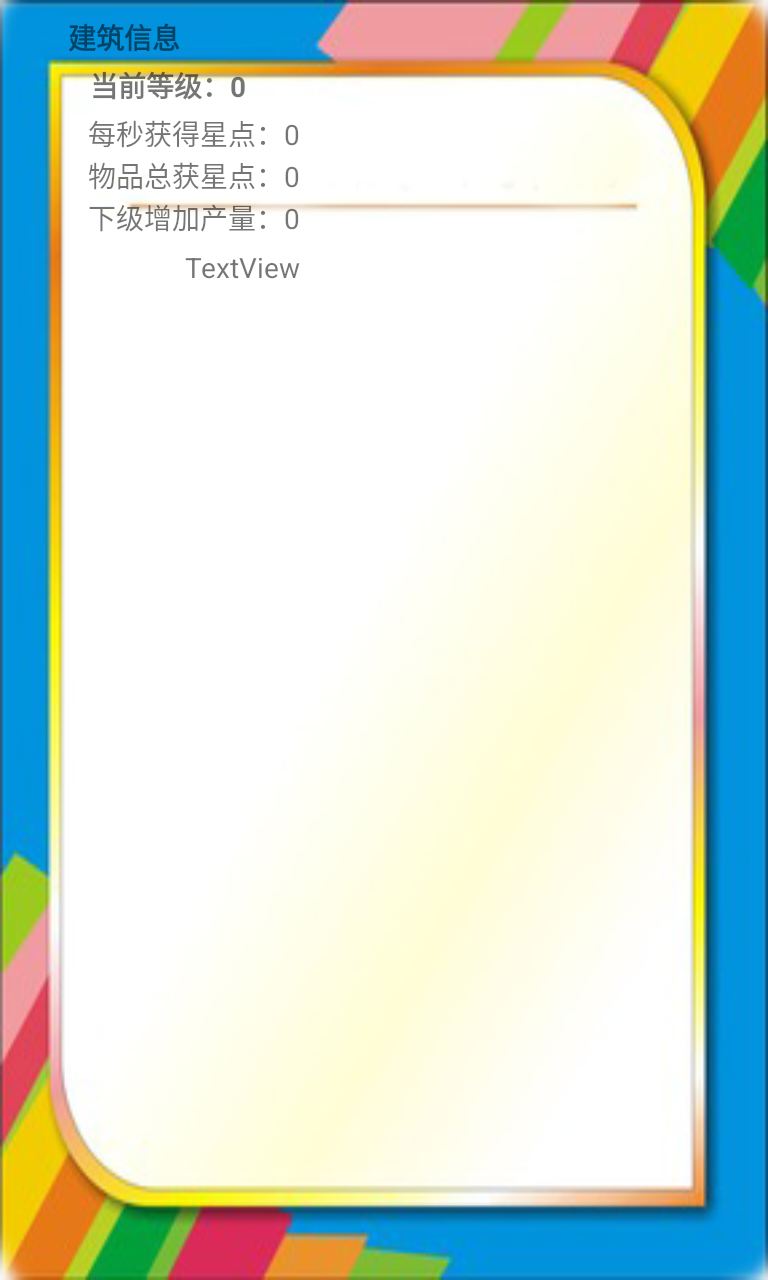
Repository: xianyun2014/StarPoint
Layout: game/res/layout/build_info_view.xml
These files come from the project's save history. The layout is drawn as it stood at one moment and after the next save; the edit follows.
It is drawn on a 768 x 1280 px phone screen (xhdpi) without system bars, with theme AppTheme; the app's code is not run.

Above is the layout before, as saved 2014-11-17 15:24:21.

### game/res/layout/build_info_view.xml
<RelativeLayout xmlns:android="http://schemas.android.com/apk/res/android"
    xmlns:android1="http://schemas.android.com/apk/res/android"
    android1:id="@+id/build_info"
    android1:layout_width="wrap_content"
    android1:layout_height="wrap_content"
    android1:layout_alignParentLeft="true"
    android1:layout_alignParentTop="true"
    android1:layout_alignParentBottom="true"
    android1:layout_alignParentRight="true"
    android1:layout_marginTop="60dp"
    android1:layout_marginRight="10dp"
    android1:layout_marginLeft="10dp"
    android1:layout_marginBottom="150dp">

    <ImageView
        android1:id="@+id/imageView1"
        android1:layout_width="fill_parent"
        android1:layout_height="fill_parent"
        android1:layout_alignParentBottom="true"
        android1:layout_alignParentLeft="true"
        android1:layout_alignParentTop="true"
        android1:scaleType="fitXY"
        android1:src="@drawable/info_build" />

    <TextView
        android1:id="@+id/build_title"
        android1:layout_width="wrap_content"
        android1:layout_height="wrap_content"
        android1:layout_alignParentLeft="true"
        android1:layout_alignParentTop="true"
        android1:layout_marginLeft="34dp"
        android1:layout_marginTop="8dp"
        android1:text="建筑信息"
        android1:textStyle="bold"
        android1:typeface="monospace" />

    <TableLayout
        android1:id="@+id/TableLayout1"
        android1:layout_width="wrap_content"
        android1:layout_height="wrap_content"
        android1:layout_alignLeft="@+id/build_title"
        android1:layout_below="@+id/textcurlevel"
        android1:layout_marginLeft="10dp"
        android1:layout_marginTop="3dp" >

        <TableRow
            android1:id="@+id/tableRow1"
            android1:layout_width="wrap_content"
            android1:layout_height="wrap_content" >

            <TextView
                android1:id="@+id/textView1"
                android1:layout_width="wrap_content"
                android1:layout_height="wrap_content"
                android1:text="每秒获得星点：" />

            <TextView
                android1:id="@+id/txt_yield_sec"
                android1:layout_width="wrap_content"
                android1:layout_height="wrap_content"
                android1:text="0" />

        </TableRow>

        <TableRow
            android1:id="@+id/tableRow2"
            android1:layout_width="wrap_content"
            android1:layout_height="wrap_content" >

            <TextView
                android1:id="@+id/textView3"
                android1:layout_width="wrap_content"
                android1:layout_height="wrap_content"
                android1:text="物品总获星点：" />

            <TextView
                android1:id="@+id/txt_yield_total"
                android1:layout_width="wrap_content"
                android1:layout_height="wrap_content"
                android1:text="0" />

        </TableRow>

        <TableRow
            android1:id="@+id/tableRow3"
            android1:layout_width="wrap_content"
            android1:layout_height="wrap_content" >

            <TextView
                android1:id="@+id/textView5"
                android1:layout_width="wrap_content"
                android1:layout_height="wrap_content"
                android1:text="下级增加产量：" />

            <TextView
                android1:id="@+id/txt_next_add"
                android1:layout_width="wrap_content"
                android1:layout_height="wrap_content"
                android1:text="0" />
        </TableRow>
    </TableLayout>

    <TextView
        android1:id="@+id/textcurlevel"
        android1:layout_width="wrap_content"
        android1:layout_height="wrap_content"
        android1:layout_alignLeft="@+id/TableLayout1"
        android1:layout_below="@+id/build_title"
        android1:layout_marginLeft="1dp"
        android1:layout_marginTop="3dp"
        android1:text="当前等级："
        android1:textStyle="bold" />

    <TextView
        android1:id="@+id/txt_Level"
        android1:layout_width="wrap_content"
        android1:layout_height="wrap_content"
        android1:layout_alignBaseline="@+id/textcurlevel"
        android1:layout_alignBottom="@+id/textcurlevel"
        android1:layout_toRightOf="@+id/textcurlevel"
        android1:text="0"
        android1:textStyle="bold" />

    <TextView
        android1:id="@+id/textView2"
        android1:layout_width="wrap_content"
        android1:layout_height="wrap_content"
        android1:layout_alignRight="@+id/TableLayout1"
        android1:layout_below="@+id/TableLayout1"
        android1:layout_marginTop="5dp"
        android1:text="TextView" />

</RelativeLayout>

Loaded but not shown: game/res/values/styles.xml (common file); game/res/values-v11/styles.xml (common file); game/res/values-v14/styles.xml (common file)

After the next save:
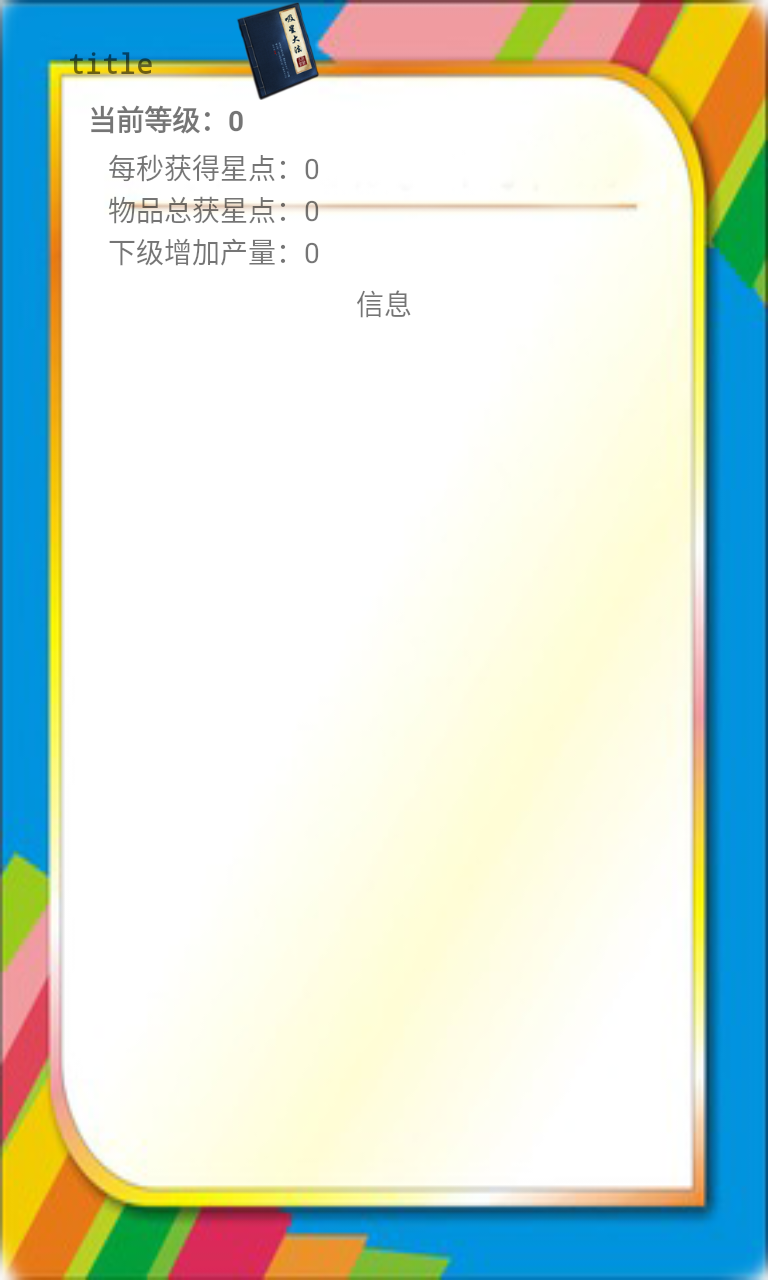
Saved 6 min 22 s later.
--- a/game/res/layout/build_info_view.xml
+++ b/game/res/layout/build_info_view.xml
@@ -28,9 +28,10 @@
         android1:layout_height="wrap_content"
         android1:layout_alignParentLeft="true"
         android1:layout_alignParentTop="true"
+        android1:layout_below="@layout/build_info_view"
         android1:layout_marginLeft="34dp"
-        android1:layout_marginTop="8dp"
-        android1:text="建筑信息"
+        android1:layout_marginTop="22dp"
+        android1:text="title"
         android1:textStyle="bold"
         android1:typeface="monospace" />
 
@@ -40,7 +41,7 @@
         android1:layout_height="wrap_content"
         android1:layout_alignLeft="@+id/build_title"
         android1:layout_below="@+id/textcurlevel"
-        android1:layout_marginLeft="10dp"
+        android1:layout_marginLeft="20dp"
         android1:layout_marginTop="3dp" >
 
         <TableRow
@@ -104,10 +105,10 @@
         android1:id="@+id/textcurlevel"
         android1:layout_width="wrap_content"
         android1:layout_height="wrap_content"
-        android1:layout_alignLeft="@+id/TableLayout1"
+        android1:layout_alignLeft="@id/build_title"
         android1:layout_below="@+id/build_title"
-        android1:layout_marginLeft="1dp"
-        android1:layout_marginTop="3dp"
+        android1:layout_marginLeft="10dp"
+        android1:layout_marginTop="8dp"
         android1:text="当前等级："
         android1:textStyle="bold" />
 
@@ -125,9 +126,17 @@
         android1:id="@+id/textView2"
         android1:layout_width="wrap_content"
         android1:layout_height="wrap_content"
-        android1:layout_alignRight="@+id/TableLayout1"
         android1:layout_below="@+id/TableLayout1"
+        android1:layout_centerHorizontal="true"
         android1:layout_marginTop="5dp"
-        android1:text="TextView" />
+        android1:text="信息" />
+
+    <ImageView
+        android1:id="@+id/imageView2"
+        android1:layout_width="50dp"
+        android1:layout_height="50dp"
+        android1:layout_alignParentTop="true"
+        android1:layout_toRightOf="@+id/textcurlevel"
+        android1:src="@drawable/jz_xzdf" />
 
 </RelativeLayout>
